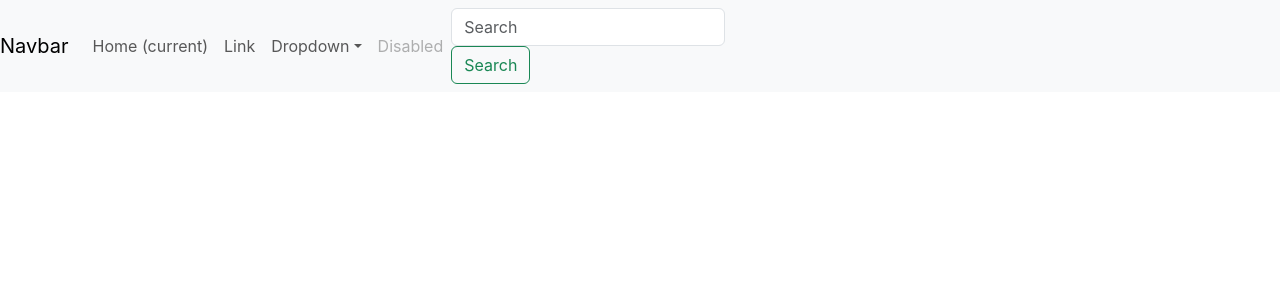
Repository: Shubham-tawar/Text-editor
Page: /
An editor plug-in stored every save of this project. The page is shown before and after a run of saves, followed by the edit.
The browser window is 1280 px wide. The pictures show the whole page.
The project was rebuilt for these pictures with package versions that can differ from the ones it lists, and the page was loaded fresh each time. Also part of the build but not shown: src/App.css.

Above is the page before, as saved 2025-07-05 16:01:25.

After the next 3 saves:
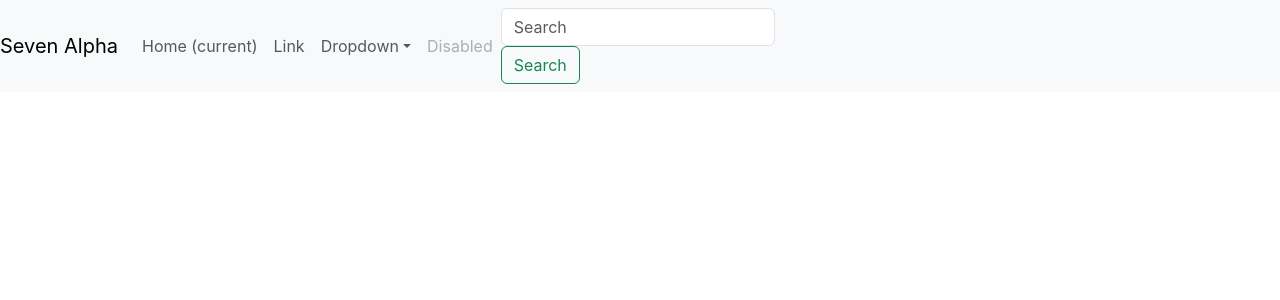
The 3 saves are shown as one change because 1 did not build or start and some came seconds apart.
The last was saved 11 s later.
--- a/src/components/Navbar.js
+++ b/src/components/Navbar.js
@@ -3,7 +3,7 @@
 export default function Navbar(props) {
   return (
     <nav className="navbar navbar-expand-lg navbar-light bg-light">
-      <a className="navbar-brand" href="/">Navbar</a>
+      <a className="navbar-brand" href="/">{props.title}</a>
       <button className="navbar-toggler" type="button" data-toggle="collapse" data-target="#navbarSupportedContent" aria-controls="navbarSupportedContent" aria-expanded="false" aria-label="Toggle navigation">
         <span className="navbar-toggler-icon"></span>
       </button>
